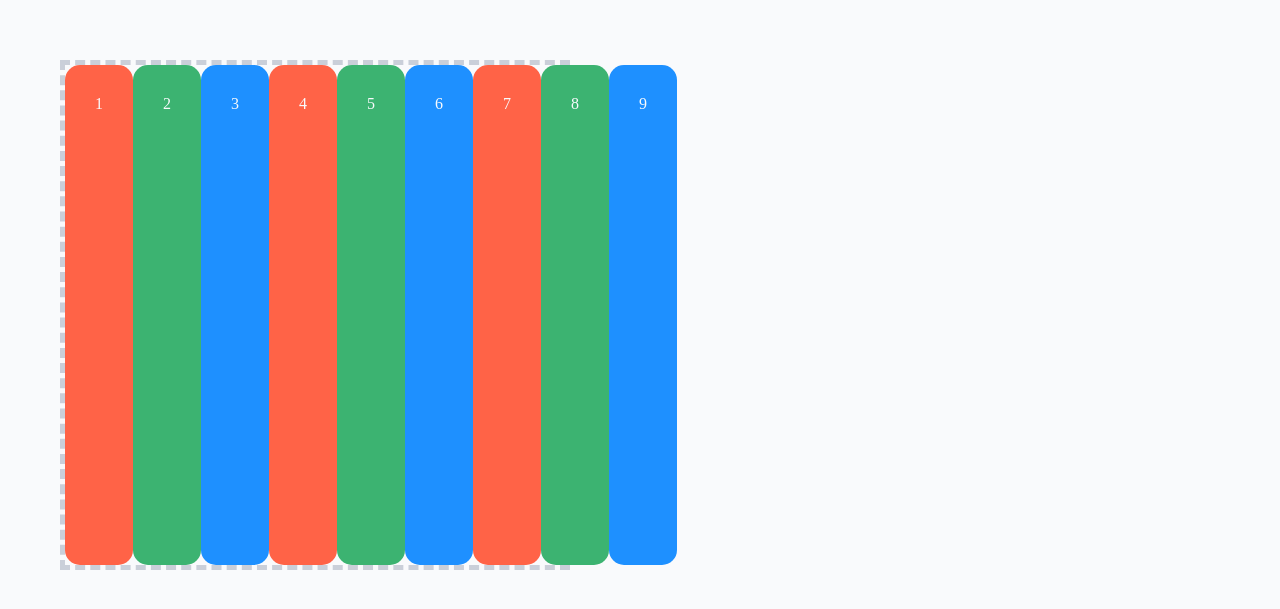
Repository: daeun0220/KB_EDU_JAVA
Page: work03_FrontUI/front03_CSS3/src/main/webapp/css04_flexbox.html
An editor plug-in stored every save of this project. The page is shown before and after the next save, followed by the edit.
The browser window is 1280 px wide. The pictures show the whole page.

Above is the page before, as saved 2023-08-09 02:13:04.

After the next save:
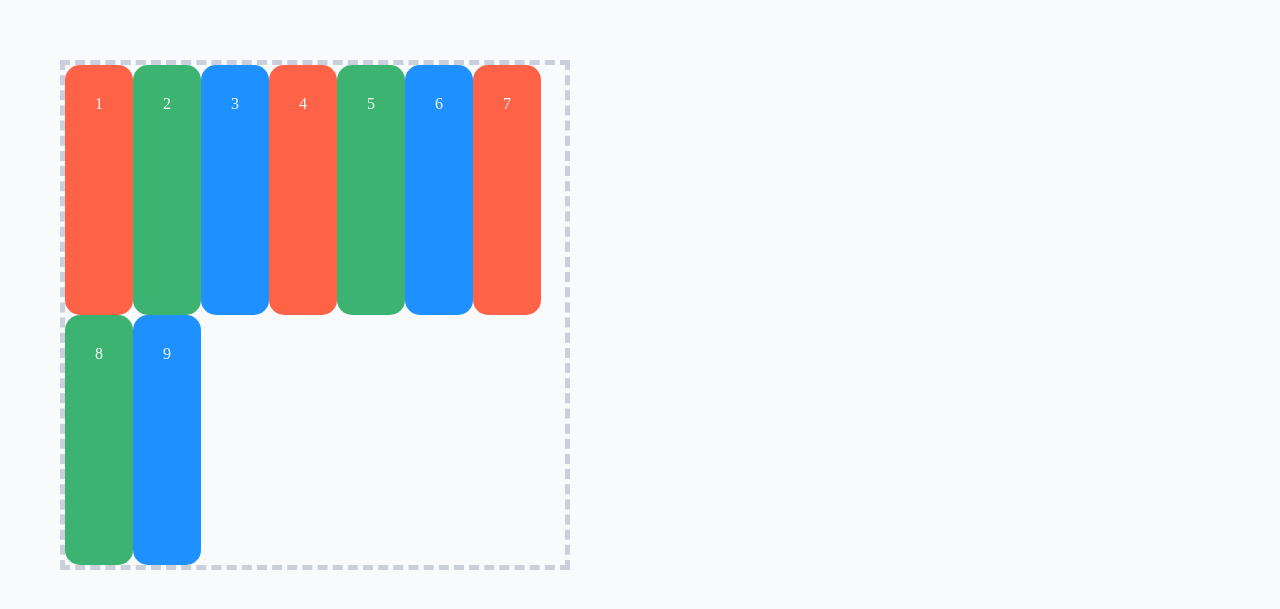
Saved 85 s later.
--- a/work03_FrontUI/front03_CSS3/src/main/webapp/css04_flexbox.html
+++ b/work03_FrontUI/front03_CSS3/src/main/webapp/css04_flexbox.html
@@ -13,6 +13,9 @@ body{
 	width: 500px;
 	height: 500px;
 	display: flex;
+	/* 요소가 많아서 해당 container 밖으로 요소가 넘쳐날때
+	넘치는 요소를 기본축 혹은 교차축 방향으로 넘어가서 배치되도록 할 수 있다*/
+	flex-wrap:wrap;
 
 }
 .box{
